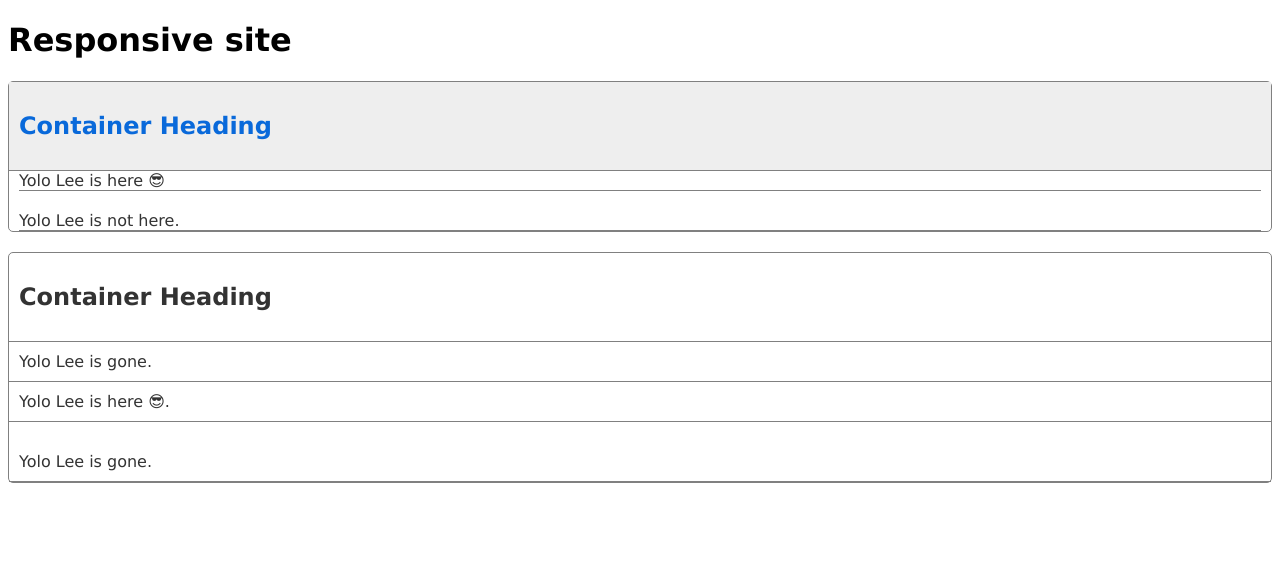
Repository: HyunJunggggg/MDIA2109
Page: inclass/week6/index.html
The author's editor kept a copy of each file at every save. The page is drawn from the files as they stood at one save, then again after a run of saves.
The browser window is 1280 px wide. The pictures show the whole page.

Above is the page before, as saved 2025-02-13 14:52:40.

### inclass/week6/index.html
<!DOCTYPE html>
<html lang="en">
<head>
  <meta charset="UTF-8">
  <meta name="viewport" content="width=device-width, initial-scale=1.0">
  <link rel="stylesheet" href="css/style.css">
  <title>Code with me and responsive site 😉</title>
</head>

<body>
  <h1>Responsive site</h1>

  <section class="container">
    <header class="container__header">
      <h1 class="container__title">Container Heading</h1>
    </header>
    <div class="container__content container__content--no-bleed">
      Yolo Lee is here 😎
    </div>
    <div class="container__content container__content--no-bleed">
      Yolo Lee is not here.
    </div>
  </section>

  <section class="container">
    <div class="container__content">
      <h1 class="container__title">Container Heading</h1>
    </div>
    <div class="container__content">
      Yolo Lee is gone.
    </div>
    <div class="container__content">
      Yolo Lee is here 😎.
    </div>
    <div class="container__content">
      Yolo Lee is gone.
    </div>
  </section>
</body>
</html>

### inclass/week6/css/style.css
html{
  font-family: Verdana, Geneva, Tahoma, sans-serif;
}

.container{
  border: 1px solid grey;
  border-radius: 5px;
  color: #333;
  margin-bottom: 20px;

  &:last-child {
      /* .container + .container
    if container directly next to container
    it will apply. sibling selector
   it can use for .container:last-child */
    margin-top: 20px;
  }
}

.container__header{
  color: #0969da;
  background-color: #eee;
  border-bottom: 1px solid grey;
  padding: 10px;
}

.container__content{
  padding: 10px;
  border-bottom: 1px solid gray;

  &.container__content--no-bleed{
    padding: 0;
    margin:  0 10px;
  }

  &:last-child {
  margin-top: 20px;
}
}

After the next 2 saves:
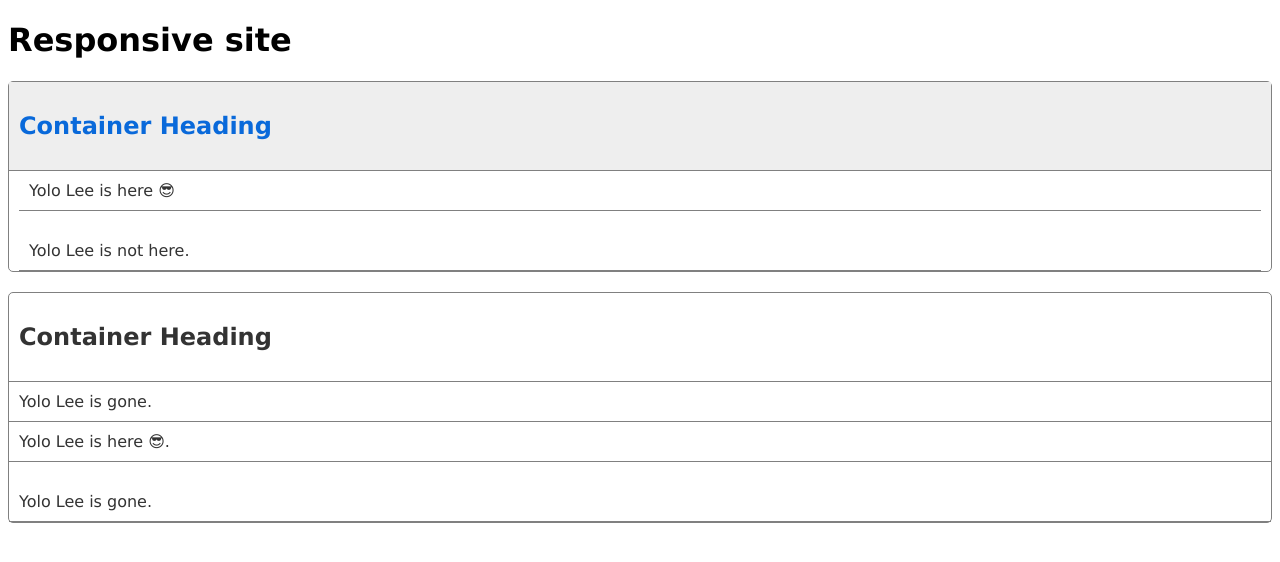
The 2 saves are shown as one change because they came seconds apart.
The last was saved 8 s later.
--- a/inclass/week6/css/style.css
+++ b/inclass/week6/css/style.css
@@ -29,7 +29,7 @@ html{
   border-bottom: 1px solid gray;
 
   &.container__content--no-bleed{
-    padding: 0;
+    padding: 10px;
     margin:  0 10px;
   }
 
